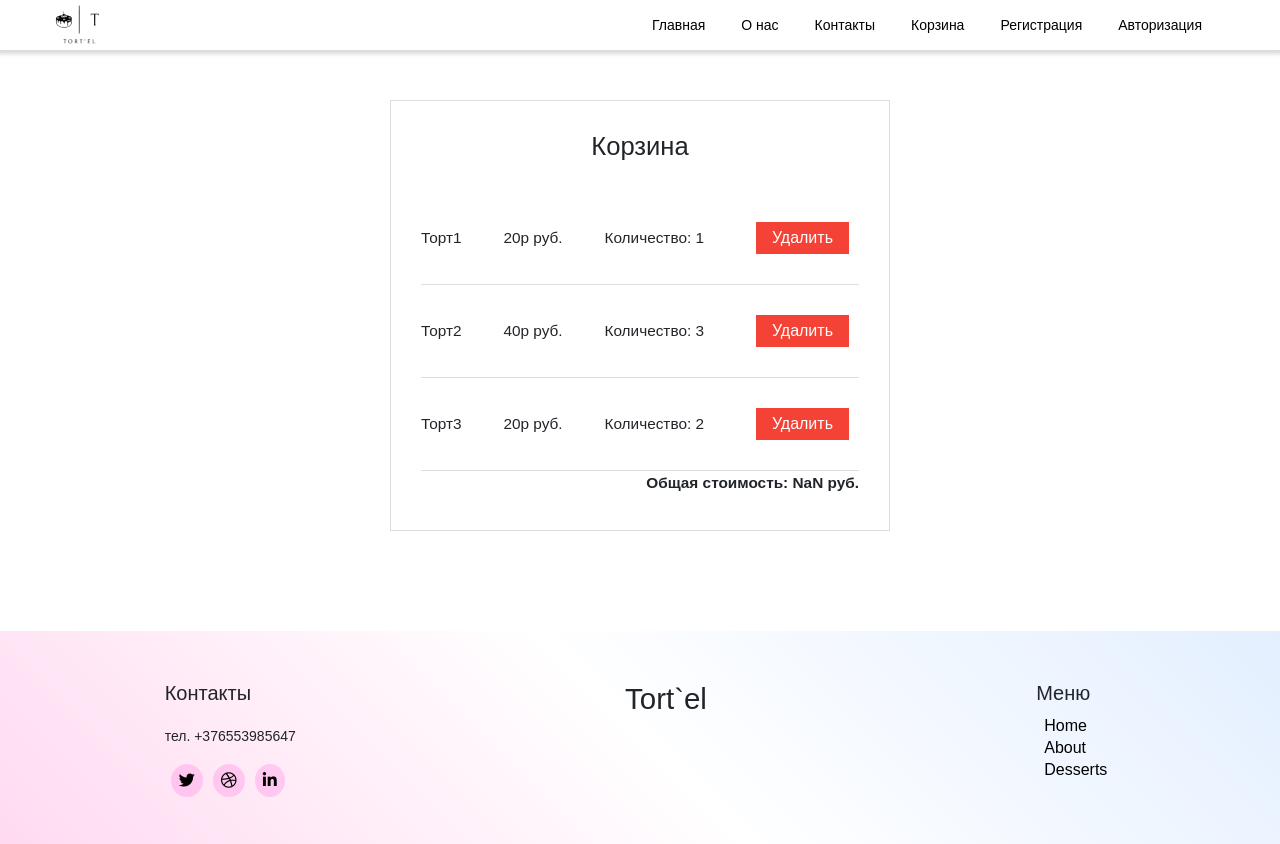
Repository: KseniaEryze/DiplomToday
Page: /basket
These files come from the project's save history. The page is drawn as it stood at one moment and after the next save; the edit follows.
The browser window is 1280 px wide. The pictures show the whole page.
The page's requests for data from a server got no answer. The project was rebuilt for these pictures with package versions that can differ from the ones it lists, and the page was loaded fresh each time. No one was signed in, and anything a server would have sent is missing. Also part of the build but not shown: src/App.css, src/components/Slider/Slider.jsx, src/pages/About/about.css, src/components/Galery/main.css, src/components/Galery/Gallery.jsx, src/pages/About/About.jsx, src/components/Categories/categories.css, src/components/Categories/Categories.jsx and 21 more.

Above is the page before, as saved 2024-09-10 15:50:25.

### public/index.html
<!DOCTYPE html>
<html lang="en">
  <head>
    <meta charset="utf-8" />
    <link rel="stylesheet" href="https://stackpath.bootstrapcdn.com/bootstrap/4.1.3/css/bootstrap.min.css" integrity="sha384-MCw98/SFnGE8fJT3GXwEOngsV7Zt27NXFoaoApmYm81iuXoPkFOJwJ8ERdknLPMO" crossorigin="anonymous">
    <link rel="stylesheet" href="https://cdnjs.cloudflare.com/ajax/libs/font-awesome/5.15.1/css/all.min.css" integrity="sha512-+4zCK9k+qNFUR5X+cKL9EIR+ZOhtIloNl9GIKS57V1MyNsYpYcUrUeQc9vNfzsWfV28IaLL3i96P9sdNyeRssA==" crossorigin="anonymous" />

    <link rel="icon" href="%PUBLIC_URL%/favicon.ico" />
    <meta name="viewport" content="width=device-width, initial-scale=1" />
    <meta name="theme-color" content="#000000" />
    <meta
      name="description"
      content="Web site created using create-react-app"
    />
    <link rel="apple-touch-icon" href="%PUBLIC_URL%/logo192.png" />
    <!--
      manifest.json provides metadata used when your web app is installed on a
      user's mobile device or desktop. See https://developers.google.com/web/fundamentals/web-app-manifest/
    -->
    <link rel="manifest" href="%PUBLIC_URL%/manifest.json" />
    <!--
      Notice the use of %PUBLIC_URL% in the tags above.
      It will be replaced with the URL of the `public` folder during the build.
      Only files inside the `public` folder can be referenced from the HTML.

      Unlike "/favicon.ico" or "favicon.ico", "%PUBLIC_URL%/favicon.ico" will
      work correctly both with client-side routing and a non-root public URL.
      Learn how to configure a non-root public URL by running `npm run build`.
    -->
    <title>React App</title>
  </head>
  <body>
    <noscript>You need to enable JavaScript to run this app.</noscript>
    <div id="root"></div>
    <!--
      This HTML file is a template.
      If you open it directly in the browser, you will see an empty page.

      You can add webfonts, meta tags, or analytics to this file.
      The build step will place the bundled scripts into the <body> tag.

      To begin the development, run `npm start` or `yarn start`.
      To create a production bundle, use `npm run build` or `yarn build`.
    -->
  </body>
</html>

### src/index.js
import React from 'react';
import ReactDOM from 'react-dom/client';
import './index.css';
import App from './App';
import {BrowserRouter, BrowserRouter as Router} from 'react-router-dom'
import { Provider } from 'react-redux';
import {store}  from 'store';
import './firebase';
import Footer from 'Footer/Footer';




const root = ReactDOM.createRoot(document.getElementById('root'));
root.render(
  <React.StrictMode>
   <BrowserRouter>
    <Provider store = {store}>

          <App />
          <Footer></Footer>

    </Provider>
   </BrowserRouter>
</React.StrictMode>


);

### src/index.css

html, body, div, span, applet, object, iframe,
h1, h2, h3, h4, h5, h6, blockquote, pre,
a, abbr, acronym, address, big, cite, code,
del, dfn, em, img, ins, kbd, q, s, samp,
small, strike, strong, sub, sup, tt, var,
b, u, i, center,
dl, dt, dd, ol, ul, li,
fieldset, form, label, legend,
table, caption, tbody, tfoot, thead, tr, th, td,
article, aside, canvas, details, embed,
figure, figcaption, header, hgroup,
menu, nav, output, ruby, summary,
time, mark, audio, video {
	margin: 0;
	padding: 0;
	border: 0;
	/* font-size: 100%;
	font: inherit; */
	vertical-align: baseline;
}
article, aside, details, figcaption, figure,
footer, header, hgroup, menu, nav, section {
	display: block;
}
html {
	height: 100%;
}
body {
	line-height: 1;
}
ol, ul {
	list-style: none;
}
blockquote, q {
	quotes: none;
}
blockquote:before, blockquote:after,
q:before, q:after {
	content: '';
	content: none;
}
table {
	border-collapse: collapse;
	border-spacing: 0;
}
body {
  margin: 0;
  font-family: -apple-system, BlinkMacSystemFont, 'Segoe UI', 'Roboto', 'Oxygen',
    'Ubuntu', 'Cantarell', 'Fira Sans', 'Droid Sans', 'Helvetica Neue',
    sans-serif;
  -webkit-font-smoothing: antialiased;
  -moz-osx-font-smoothing: grayscale;
}

code {
  font-family: source-code-pro, Menlo, Monaco, Consolas, 'Courier New',
    monospace;
}

h1{
  padding: 20px 0;
  font-size: 4vw;
}
h2 ,h3 ,h4{
  padding: 10px 0;
  font-size: 2vw;
}
h3{
    font-size: 2.3vw;
}
h4{
    font-size:20px
}
p{
	font-size: 1.2vw;
	line-height: 1.8vw;

}

button a{
	color: aliceblue;
}

*{
	font-family: "Philosopher", sans-serif;
	font-weight: 400;
	font-style: normal;
}

.pagination-container {
    margin: 3vw 3vw;
}

section{}
@import url('https://fonts.googleapis.com/css2?family=Philosopher:ital,wght@0,400;0,700;1,400;1,700&display=swap');

@media(max-width: 500px) {
	h1{
        font-size: 7vw;
    }
}

@media(max-width: 900px) {
	h1{
        font-size: 5vw;
    }
}

### src/App.js
import { Route, Routes} from 'react-router-dom';
import './App.css';
import About from './pages/About/About';
import Header from './Header/Header.jsx'
import Home from './pages/Home/Home';
import Registracion from './components/Authorization/Registracion';
import LoginPage from './components/Authorization/LoginPage';
import AdminMain from 'Admin/page/AdminMain';
import Contact from 'pages/Contact/Contact';
import Footer from 'Footer/Footer';
import Basket from 'pages/Basket/Basket';

function App() {
  return (
     <>
        <Header></Header>
          <Routes>
            <Route path = '/login' element = {<LoginPage/>}></Route>
            <Route path = '/register' element = {<Registracion/>}></Route>
            <Route path = '/contacts' element = {<Contact/>}></Route>
            <Route path = '/basket' element = {<Basket></Basket>}></Route>


            <Route path='/' element={<Home/>}></Route>
            <Route path = '/admin' element = {<AdminMain/>}></Route>
            <Route path='/about' element={<About/>}></Route>

            <Route path = '*' element = {<div>404 Not Found</div>}></Route>

          </Routes>


      </>


  );
}

export default App;

### src/store/index.js
import { configureStore } from "@reduxjs/toolkit";
import userReducer from '../store/slices/userSlice'
import cakeReducer from '../store/slices/cakeSlice'


export const store = configureStore({
    reducer: {
        user: userReducer,
        cake: cakeReducer
    }
});

### src/firebase.js
import {initializeApp} from 'firebase/app'

const firebaseConfig = {
    apiKey: process.env.REACT_APP_FIREBASE_API_KEY,
    authDomain: process.env.REACT_APP_FIREBASE_AUTH_DOMAIN,
    projectId: process.env.REACT_APP_FIREBASE_PROJECT_ID,
    storageBucket: process.env.REACT_APP_FIREBASE_STORAGE_BUSCKET,
    messagingSenderId: process.env.REACT_APP_FIREBASE_MESSAGING_SENGER_ID,
    appId: process.env.REACT_APP_FIREBASE_APP_ID
}

const app = initializeApp(firebaseConfig)

### src/Footer/Footer.jsx
import React from 'react'
import { Link } from 'react-router-dom'
import './footer.css'

function Footer() {
  return (

    <footer>
      <div className='footer'>
      <div> <h4>Контакты</h4>
        <div>
          <p>тел.   +376553985647</p>

          <ul class="social-icons">
            <li><a class="twitter" href="#"><i class="fab fa-twitter"></i></a></li>
            <li><a class="dribbble" href="#"><i class="fab fa-dribbble"></i></a></li>
            <li><a class="linkedin" href="#"><i class="fab fa-linkedin-in"></i></a></li>
          </ul>
        </div>
      </div>


      <div>
        <h3>Tort`el</h3>
      </div>
      <div>
        <h4>Меню</h4>
        <ul>
             <li>
                 <Link to="/">Home</Link>
             </li>
             <li>
               <Link to="/about">About</Link>
             </li>
             <li>
                 <Link to="/desserts">Desserts</Link>
             </li>

         </ul>

      </div>
       </div>
    </footer>

  )
}

export default Footer

### src/Header/Header.jsx
import React, { useState } from 'react'
import { Link } from 'react-router-dom'
import logo from './img/logoBlack.png'
import './header.css'
import menu from './img/hamburger.png'

function Header() {
  const [accountAuth, setAccountAuth] = useState(false)
  const [isOpen, setIsOpen] = useState()
  return (
    <div className='header'>

      <div className='logo'>
          <Link to="/"><img src={logo}/></Link>
      </div>

      <nav className={`header_nav ${isOpen ? `active` : ``}`}>
          <ul className='header_nav-list'>
             <li className='header_nav-item'>
                 <Link to="/">Главная</Link>
             </li>

             <li className='header_nav-item'>
               <Link to="/about">О нас</Link>
             </li>

             <li className='header_nav-item'>
               <Link to="/contacts">Контакты</Link>
             </li>
             <li className='header_nav-item'>
               <Link to="/basket">Корзина</Link>
             </li>
              <li className='header_nav-item wrapper-login'>
                <Link to="/register" accountAuth={accountAuth}>Регистрация</Link>
              </li>
              <li className='header_nav-item'>
                <Link to="/login"> Авторизация </Link>
              </li>
            </ul>
         </nav>
         <button className='header_menu-button' onClick={() => setIsOpen(!isOpen)}></button>
     </div>
   )
 }

 export default Header

### src/pages/Basket/Basket.jsx
import React from 'react';
import './main.css'

const Basket = ({  popap, handleRemoveItem }) => {

    const cartItems = [
        {id:1, name:'Торт1', price:'20р', quantity: 1},
        {id:2, name:'Торт2', price:'40р', quantity: 3},
        {id:3, name:'Торт3', price:'20р', quantity: 2}
    ]
      return (
        <div className="cart">
          <h2>Корзина</h2>
          {cartItems.map(item => (
            <div key={item.id} className="cart-item">
              <p>{item.name}</p>
              <p>{item.price} руб.</p>
              <p>Количество: {item.quantity}</p>
              <button onClick={() => handleRemoveItem(item.id)}>Удалить</button>
            </div>
          ))}
          <p className="total-price">Общая стоимость: {cartItems.reduce((acc, item) => acc + item.price * item.quantity, 0)} руб.</p>
        </div>
      );
    };

    export default Basket;

### src/store/slices/userSlice.js
import {createSlice} from '@reduxjs/toolkit'

const initialState = {
    name:null,
    email:null,
    token: null,
    id: null
}

const userSlice = createSlice({
    name:'user',
    initialState,
    reducers:{
        setUser(state, action){
            state.name = action.payload.name;
            state.email = action.payload.email;
            state.token = action.payload.token;
            state.id = action.payload.id;
        },
        removeUser(state){
            state.name =null;
            state.email =null;
            state.token = null;
            state.id = null;
        }

    }

})

export const {setUser,removeUser} = userSlice.actions;

export default userSlice.reducer;

### src/store/slices/cakeSlice.js
import {createSlice} from '@reduxjs/toolkit'

const initialState = {
    name:null,
    desctiprion: null,
    cost: null,
    category: null,
    image: null,
    id: null
}

const cakeSlice = createSlice({
    name:'cake',
    initialState,
    reducers:{
        setCake(state, action){
            state.name = action.payload.name;
            state.desctiprion = action.payload.desctiprion;
            state.cost = action.payload.cost;
            state.category = action.payload.category;
            state.image = action.payload.image;
            state.id = action.payload.id;
        }

    }

})
console.log(cakeSlice.actions)

export const {setCake} = cakeSlice.actions;

export default cakeSlice.reducer;

### src/Footer/footer.css
li{
    padding: 3px 0px;
}
.social-icons {
    text-align: right;
    display: flex;
    justify-content: flex-start;
    align-items: center;
    }
 .social-icons a {
    width: 40px;
    height: 40px;
    line-height: 40px;
    margin-right: 10px;
    border-radius: 100%;
    background-color: #ff5ed73d;

    }

    .social-icons:nth-child(n + 2){
        margin-left: 6px;
    }

    footer p {
        margin: 10px 0 ;
        font-size: 14px;
    }
    footer{
        padding: 20px 0;
    }

### src/components/Slider/main.css
.wrapper-slide{
    display: flex;
    justify-content: center;
    flex-direction: column;
    align-items: center;

    padding: 30px;
}
button{
    padding: 0%;
    margin: 0;
}

.react-slideshow-container .default-nav:last-of-type {
    margin-left: -30px;
    background: rgb(0, 0, 0);
}

.wrapper-slide p{
    margin: 8px;
    padding: 0px;
}
.slide-imade{
    width: 80px;
    height: 80px;
    border-radius: 100%;
}

.react-slideshow-container .default-nav:last-of-type {
    margin-left: -30px;

    /* background: url(./img/icons8-стрелка-100\ \(2\).png) no-repeat; */
}

.react-slideshow-container .default-nav:first-of-type {

    /* background: url(./img/icons8-стрелка-100\ \(3\).png)no-repeat; */
}
/* .react-slideshow-container {
    background-color: black;
    color: aliceblue;
} */
.slide-container button{

    padding: 0px 0px;
    margin-right: 10px;
    margin-top: 30px;
}

### src/Header/header.css

.header{
    position: fixed;
    left: 0;
    top: 0;
    display: flex;
    align-items: center;
    width: 100%;
    padding: 0px 20px;
    height: 50px;
    background-color: white;
    box-shadow: 0 0 4px 4px rgba(136, 136, 136, 0.322);
    z-index: 1;
    color: black;
}

.header_nav{
    margin-left: auto;
    margin-right: 50px;
}

.header_nav-list{
    display: flex;
    list-style: none;
}

.header_nav-item{
    font-size: 14px;
    line-height: 1;
    color: black;
}

.header_nav-item:nth-child(n + 2){
    margin-left: 20px;
}

.header_menu-button{
    display: none;
}

@media(max-width: 576px){
.header_nav.active{
        transform: translateX(225px);
    }

    .header_nav{
        position: fixed;
        top: 0;
        left: -225px;
        display: flex;
        flex-direction: column;
        width:225px;
        height: 100%;
        background-color: white;
        border-radius: 16px 0 16px 0;
        transition-timing-function: linear;
    };

    .header_nav-list{
        display: flex;
        list-style: none;
    }

    .header_nav-list{
        flex: 1;
        display: flex;
        flex-direction: column;
        padding-top: 40px;
        padding-left: 60px;
    }

    .header_nav-item{
        margin: 10px 0px;
    }
    .header_nav-item:nth-child(n + 2){
        margin-left: 0;
    }

    .header_menu-button{
        display: block;
        margin: 0 11vw 0 auto;
        width: 24px;
        height: 24px;
        background-image: url(./img/hamburger.png);
        padding: 0;
        border: 0;
    }

}

### src/pages/Home/main.css
.footer{
    width: 100%;
    display: flex;
    justify-content: space-around;
    align-items: start;
    margin: 0;
    padding: 20px 0;
}
section{
    padding-top: 100px;
}
section, footer{
    background: -webkit-linear-gradient(45deg, rgb(255, 218, 241), rgb(255, 255, 255), rgb(227, 239, 255));
    background: -moz-linear-gradient(45deg, rgb(255, 218, 241), rgb(255, 255, 255), rgb(227, 239, 255));
    background: linear-gradient(45deg, rgb(255, 218, 241), rgb(255, 255, 255), rgb(227, 239, 255));



}
button{
    border: none;
    background-color: #362361cc;
    /* #928d3c */
    color: white;
    padding: 15px 30px;
    margin-right: 10px;

}
.block_header{
    background: url('./img/tort-muss-iagody-malina-rozy-desert.jpg') no-repeat;
    background-size: cover;
    height: 600px;
    padding-top: 0;

    display: flex;
    justify-content: start;
    align-items: center;
}

.block_header-info{
    margin-left: 200px;

}



.category{
    display: flex;
    justify-content: center;
    align-items: center;
    flex-direction: column;

}

.category_list{
    display: flex;
    justify-content: center;

    margin: 0 100px;

}




.advantages{
    display: flex;
    justify-content: center;
    align-items: center;


    background: -webkit-linear-gradient(45deg, rgb(255, 218, 241), rgb(255, 255, 255),rgb(255, 218, 241) rgb(227, 239, 255));
    background: -moz-linear-gradient(45deg, rgb(255, 218, 241), rgb(255, 255, 255), rgb(227, 239, 255));
    background: linear-gradient(120deg, rgb(255, 218, 241), rgb(255, 255, 255), rgb(227, 239, 255));

}
.advantages .order{
    background: url('./img/Без\ имени-1.png') no-repeat;
    background-size: cover;
    width: 380px;
    height: 415px;

}
.advantages p{
     word-wrap:break-word
}
.order{

    color: black;
    display: flex;
    justify-content: center;
    align-items: center;
    flex-direction: column;
    margin-left: 100px;
}

.description-list_point{
    display: flex;

    align-items: center;
}
.description-list_point img{
    margin-right: 25px;
    width: 50PX;
}



.tabs_wrapper{
    display: flex;
    justify-content: center;
    align-items: center;
    width: 100%;
}



.footerLogo{
    width: 200px;
}


.block_header-info{
    color: rgb(41, 41, 41);
}
@media (max-width: 800px) {
.calculation{
    display:none;
    visibility: hidden;
}
.wrapper-home{
    width: 100vw;
}
.menu{
    display: none;
}
}

@media(max-width: 500px){
    .block_header-info{
        margin-left: 15vw;
    }
   .block_header{
        height: 400px;
   }
}

### src/components/Authorization/main.css
.wrapper-center, .authorization-form {
    display: flex;
    justify-content: center;
    flex-direction: column;
}
.wrapper-center{
    padding-top: 100px;
    align-items: center;
    width: 100%;
    padding-bottom: 100px;
}
.authorization-form {
   width: 35vw;
}
input{

    padding: 2vh 3vw;
    margin: 5px;
}
button{
	margin: 20px 10px;
    padding: 1vh 2vw;
}

### src/Admin/page/adminMain.css
header,
main {
  padding-left: 240px;
}

body {
  background: white;
}

@media only screen and (max-width: 992px) {
  header,
  main,
  footer {
    padding-left: 0;
  }
}
a{
    text-decoration: none;
}

#credits li,
#credits li a {
  color: white;
}

#credits li a {
  font-weight: bold;
}

.footer-copyright .container,
.footer-copyright .container a {
  color: #BCC2E2;
}

.fab-tip {
  position: fixed;
  right: 85px;
  padding: 0px 0.5rem;
  text-align: right;
  background-color: #323232;
  border-radius: 2px;
  color: #FFF;
  width: auto;
}


.main {
  height: 400px;
  padding: 10px;
}

.dropdown_button {
  border: none;
  cursor: pointer;
  width: 200px;
  font-family: montserrat;
  border: 1px solid #ffffff;
}

.courses {
  display: none;
  position: absolute;
  background-color: #f1f1f1;
  min-width: 200px;
  box-shadow: 0px 8px 16px 0px rgba(0, 0, 0, 0.2);
  z-index: 1;
}

.courses li {

  text-decoration: none;
  display: block;
  list-style: none;
  background-color: rgb(47, 47, 47);
  font-family: montserrat;
  border: 1px solid white;
}

.courses li a {
  text-decoration: none;
  color: white;
  display: block;
  padding: 5px;
}

.courses li:hover {
  background-color: #0979ad;
  color: white;
}

.admin-form{
  display: flex;
  justify-content: center;
  flex-direction: column;
  align-items: center;
  margin-top: 80px;
}

.admin-text_item{
  width: 300px;
  display: flex;
  justify-content: space-around;
  align-items: center;
  margin: 10px;
}

.admin-text_item input,label{
  width: 80px;
  margin: 5px;
}
.wrapper-adminPage{
  display: flex;
  margin: 20px;
  border: 1px solid rgba(0, 0, 0, 0.158);
  padding-right: 50px;

  border-radius: 30px ;
}


.wrapper-adnin_categorisMenu{
  display: flex;
  justify-content: space-between ;
}

### src/pages/Basket/main.css
.cart {
    /* Стили для контейнера корзины */
    width: 500px;
    margin: 100px auto;
    border: 1px solid #ddd;
    padding: 20px 30px;
  }

  .cart h2 {
    /* Стили для заголовка корзины */
    text-align: center;
    margin-bottom: 20px;
  }

  .cart-item {
    /* Стили для каждого элемента корзины */
    border-bottom: 1px solid #ddd;
    padding: 10px 0;
    display: flex;
    justify-content: space-between;
    align-items: center;
  }

  .cart-item p {
    /* Стили для информации об элементе корзины */
    margin: 0;
  }

  .cart-item button {
    /* Стили для кнопки удаления */
    background-color: #f44336; /* Красный цвет */
    color: white;
    padding: 8px 16px;
    border: none;
    cursor: pointer;
  }

  .cart-item button:hover {
    /* Стили при наведении курсора на кнопку */
    background-color: #d32f2f; /* Более темный красный */
  }

  .total-price {
    /* Стили для общей стоимости */
    text-align: right;
    font-weight: bold;
  }

### src/Admin/page/AdminHeader/header.css

.menu{
    display: flex;
    justify-content: space-around;
    align-items: center;
}

.menu li,a{
    list-style: none;
    text-decoration: none;
    padding: 8px;
    color: rgb(0, 0, 0);
}

.admin-wrapper_menu{
    margin-right: 100px;
    background-color: #36236156;
    color: rgb(41, 41, 41);
    border-radius: 30px 0px 0px 30px;
    padding: 30px;
    width: 12vw;
}
/* .admin-wrapper_menu li{
    border: 1px solid black;
} */

.wrapper-content{
    padding: 70px;
}

After the next save:
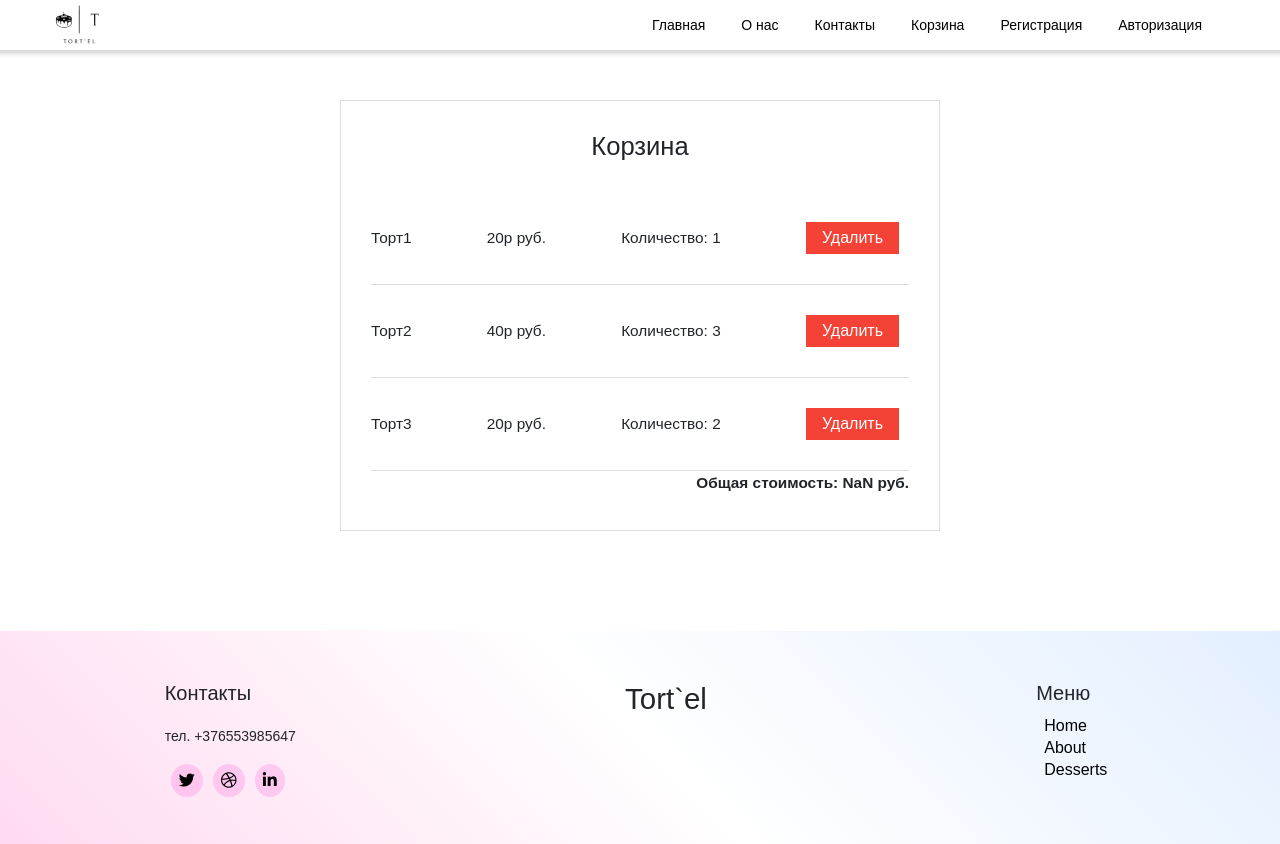
Saved 6 s later.
--- a/src/pages/Basket/main.css
+++ b/src/pages/Basket/main.css
@@ -1,6 +1,6 @@
 .cart {
     /* Стили для контейнера корзины */
-    width: 500px;
+    width: 600px;
     margin: 100px auto;
     border: 1px solid #ddd;
     padding: 20px 30px;
